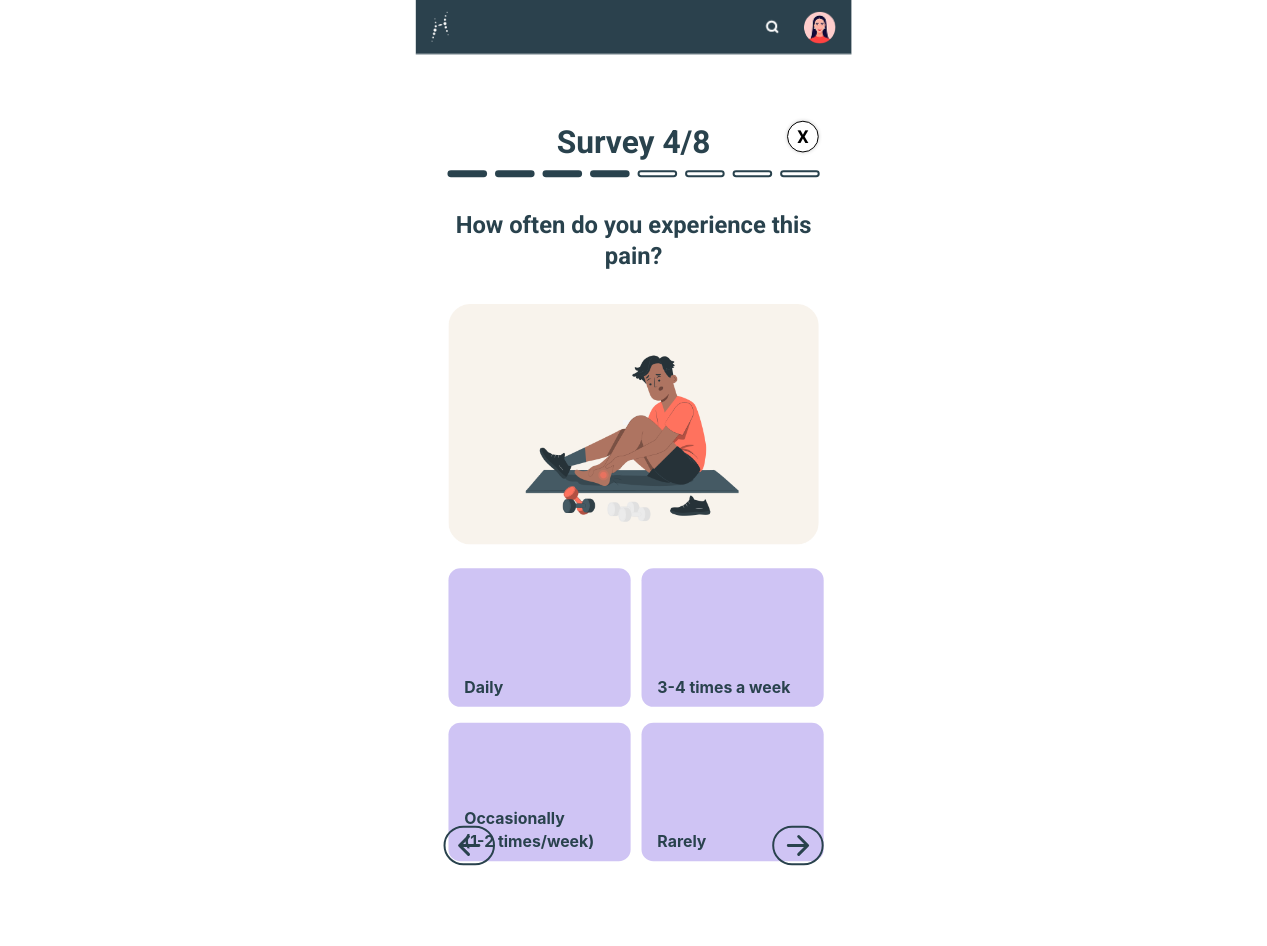
Repository: patcha-d3/heal_u
Page: /onboarding/step-two
The author's editor kept a copy of each file at every save. The page is drawn from the files as they stood at one save, then again after the next save.
The browser window is 1280 px wide. The pictures show the whole page, at 99% of full size.
The project was rebuilt for these pictures with package versions that can differ from the ones it lists, and the page was loaded fresh each time. The framework's server and built-in components were replaced by stand-ins that run in the browser. Also part of the build but not shown: next.config.js, next.config.mjs, ui/Bottomnav/Bottomnav.module.css, ui/Bottomnav/Bottomnav.js, ui/SurveyProgress/Surveyprogress.css.

Above is the page before, as saved 2025-05-16 21:10:20.

### app/layout.js
"use client";

import { Geist, Geist_Mono } from "next/font/google";
import { Roboto } from "next/font/google";
import "./globals.css";
import { usePathname } from "next/navigation";
import { jsx as _jsxDEV } from "react/jsx-dev-runtime";
import { Fragment as _Fragment } from "react/jsx-runtime";
import { jsxs as _jsxsDEV } from "react/jsx-dev-runtime";
import TopNav from "@ui/Topnav/Topnav";
import Bottomnav from "@ui/Bottomnav/Bottomnav";
import { ThemeProvider, useTheme } from "@context/ThemeContext";

const geistSans = Geist({
	variable: "--font-geist-sans",
	subsets: ["latin"],
});

const geistMono = Geist_Mono({
	variable: "--font-geist-mono",
	subsets: ["latin"],
});

const roboto = Roboto({
	weight: ["300", "400", "500", "700"],
	subsets: ["latin"],
	display: "swap",
});

function ThemedContainer({ children }) {
	const { theme } = useTheme();
	const pathname = usePathname();
	const isHome = pathname === "/home";
	const isStepOne = pathname === "/onboarding/step-one";
	const isReDiagnoseFirst = pathname === "/re-diagnose";
	const bgColor =
		isHome || isStepOne || isReDiagnoseFirst
			? "#29424D"
			: theme === "dark"
			? "#29424D"
			: "#FFFFFF";
	return (
		<div className='min-h-screen w-full flex items-center justify-center'>
			<div
				className={`w-[440px] h-[956px] relative flex flex-col`}
				style={{ background: bgColor }}
			>
				{children}
			</div>
		</div>
	);
}

export default function RootLayout({ children }) {
	const pathname = usePathname();
	const isHome = pathname === "/home";
	const hideNav = pathname.startsWith("/plandetail");
	const showBottomNav =
		!pathname?.includes("/onboarding") &&
		!pathname?.startsWith("/recovery-plan/step-one") &&
		!pathname?.startsWith("/recovery-plan/step-two") &&
		!pathname?.startsWith("/recovery-plan/step-three") &&
		!pathname?.startsWith("/recovery-plan/step-four");
	const isStepOne = pathname?.includes("/onboarding/step-one");
	const isStepTwo = pathname?.includes("/onboarding/step-two");
	const isRecoveryStepOne = pathname?.includes("/recovery-plan/step-one");
	const isRecoveryStepTwo = pathname?.includes("/recovery-plan/step-two");
	const isStepThree = pathname?.includes("/onboarding/step-three");
	const isStepFour = pathname?.includes("/onboarding/step-four");
	const isReDiagnoseFirst = pathname === "/re-diagnose";

	return (
		<html lang='en'>
			<body
				className={`${geistSans.variable} ${geistMono.variable} ${roboto.className} antialiased`}
				suppressHydrationWarning
			>
				<ThemeProvider>
					<ThemedContainer>
						{!hideNav && (
							<TopNav
								isHome={isHome}
							/>
						)}
						<main className='flex-1 overflow-y-auto flex items-center justify-center'>
							{children}
						</main>
						{showBottomNav && (
							<div className='absolute bottom-0 left-0 right-0'>
								<Bottomnav />
							</div>
						)}
					</ThemedContainer>
				</ThemeProvider>
			</body>
		</html>
	);
}

### app/onboarding/step-two/page.js
"use client";

import React, { useState } from "react";
import ButtonSurvey from "@ui/Button-survey/Button-survey";
import Image from "next/image";
import ExitChip from "@ui/Exitchip/Exitchip";
import SurveyProgress from "@ui/SurveyProgress/SurveyProgress";
import ButtonBack from "@ui/Button-back/Button-back";
import ButtonForward from "@ui/Button-forward/Button-forward";
import { useRouter } from "next/navigation";

export default function RootPage() {
	const [selected, setSelected] = useState(null);
	const currentStep = 4;
	const totalSteps = 8;
	const router = useRouter();

	return (
		<div className='w-[406px] h-[800px] relative'>
			<ExitChip className='absolute top-[16px] right-[16px]' />
			<div className='absolute bottom-[32px] left-0 right-0 flex justify-between px-[11px]'>
				<ButtonBack
					onClick={() =>
						router.push(
							"/onboarding/step-one"
						)
					}
				/>
				<ButtonForward
					onClick={() =>
						router.push(
							"/onboarding/step-four"
						)
					}
				/>
			</div>
			<main className='h-full flex flex-col px-4 py-[18px]'>
				<SurveyProgress
					currentStep={currentStep}
					totalSteps={totalSteps}
				/>
				<h2 className='text-2xl font-semibold text-[#29424D] text-center gap-6 mt-8'>
					How often do you experience this pain?
				</h2>

				{/* Image and Button Wrapper */}
				<div className='flex flex-col items-center gap-6 mt-8'>
					<Image
						src='/assets/survey-img.png'
						alt='Survey'
						width={400}
						height={260}
						className='rounded-lg'
					/>

					<div className='grid grid-cols-2 gap-4'>
						<ButtonSurvey
							label='Daily'
							active={
								selected ===
								"Daily"
							}
							onClick={() =>
								setSelected(
									"Daily"
								)
							}
						/>
						<ButtonSurvey
							label='3-4 times a week'
							active={
								selected ===
								"3-4 times a week"
							}
							onClick={() =>
								setSelected(
									"3-4 times a week"
								)
							}
						/>
						<ButtonSurvey
							label={
								<>
									Occasionally
									<br />
									(1-2
									times/week)
								</>
							}
							active={
								selected ===
								"Occasionally (1-2 times/week)"
							}
							onClick={() =>
								setSelected(
									"Occasionally (1-2 times/week)"
								)
							}
						/>
						<ButtonSurvey
							label='Rarely'
							active={
								selected ===
								"Rarely"
							}
							onClick={() =>
								setSelected(
									"Rarely"
								)
							}
						/>
					</div>
				</div>
			</main>
		</div>
	);
}

### ui/Topnav/Topnav.js
"use client";

import React, { useState } from "react";
import styles from "./TopNav.module.css";

export default function TopNav() {
	const [showSearch, setShowSearch] = useState(false);
	const [hasNotification, setHasNotification] = useState(false);

	return (
		<header
			className={styles.topBar}
			style={{
				borderBottom:
					"1px solid rgba(255, 255, 255, 0.5)",
			}}
		>
			<a href='/' className={styles.logoContainer}>
				<img
					src='/assets/logo.png'
					alt='Logo'
					className={styles.logoImg}
				/>
			</a>

			<div className={styles.iconContainer}>
				<div className={styles.searchWrapper}>
					{showSearch && (
						<div
							className={
								styles.searchBox
							}
						>
							<input
								type='text'
								className={
									styles.searchInput
								}
								placeholder='Search...'
								autoFocus
							/>
						</div>
					)}
					<img
						src='/assets/search.png'
						alt='Search'
						className={`${styles.iconImg} ${
							showSearch
								? styles.dark
								: ""
						}`}
						onClick={() =>
							setShowSearch(
								!showSearch
							)
						}
					/>
				</div>

				<div className={styles.avatarContainer}>
					<img
						src={
							hasNotification
								? "/assets/avatar-notification.png"
								: "/assets/avatar.png"
						}
						alt='Avatar'
						className={styles.avatarImg}
					/>
				</div>
			</div>
		</header>
	);
}

### context/ThemeContext.js
"use client";
import React, { createContext, useContext, useState, useEffect } from "react";

const ThemeContext = createContext();

export function ThemeProvider({ children }) {
	const [theme, setTheme] = useState("light");

	useEffect(() => {
		const stored =
			typeof window !== "undefined" &&
			localStorage.getItem("theme");
		if (stored) setTheme(stored);
	}, []);

	useEffect(() => {
		if (typeof window !== "undefined") {
			localStorage.setItem("theme", theme);
		}
	}, [theme]);

	return (
		<ThemeContext.Provider value={{ theme, setTheme }}>
			{children}
		</ThemeContext.Provider>
	);
}

export function useTheme() {
	return useContext(ThemeContext);
}

### ui/Button-survey/Button-survey.js
import React from 'react';
import styles from './Button-survey.module.css';


const ButtonSurvey = ({ label, active, onClick }) => (
  <button
    className={`${styles.surveyButton}${active ? ' ' + styles.active : ''}`}
    onClick={onClick}
  >
    {label}
  </button>
);

export default ButtonSurvey;

### ui/Exitchip/Exitchip.js
import styles from "./Exitchip.module.css";

export default function ExitChip({ className }) {
	return (
		<button className={`${styles.button} ${className || ""}`}>
			X
		</button>
	);
}

### ui/SurveyProgress/SurveyProgress.js
"use client";

import React from "react";
import "./SurveyProgress.css";

const SurveyProgress = ({ currentStep, totalSteps }) => {
	return (
		<div className='flex flex-col items-center gap-2'>
			<div className='text-[32px] leading-[40px] font-roboto font-bold text-[#29424D]'>
				Survey {currentStep}/{totalSteps}
			</div>
			<div className='flex gap-2'>
				{Array.from({ length: totalSteps }).map(
					(_, index) => (
						<div
							key={index}
							className={`w-10 h-[7px] rounded-lg ${
								index <
								currentStep
									? "bg-[#29424D]"
									: "border-2 border-[#29424D]"
							}`}
						/>
					)
				)}
			</div>
		</div>
	);
};

export default SurveyProgress;

### ui/Button-back/Button-back.js
"use client";

import React from "react";
import { IoArrowBack } from "react-icons/io5";
import styles from "./Button-back.module.css";

export default function ButtonBack({ onClick, className = "" }) {
	return (
		<button
			className={`${styles.backButton} ${className}`}
			onClick={onClick}
			aria-label='Go back'
			type='button'
		>
			<IoArrowBack className={styles.arrowIcon} />
		</button>
	);
}

### ui/Button-forward/Button-forward.js
"use client";

import React from "react";
import { IoArrowForward } from "react-icons/io5";
import styles from "./Button-forward.module.css";

export default function ButtonForward({ onClick, className = "" }) {
	return (
		<button
			className={`${styles.forwardButton} ${className}`}
			onClick={onClick}
			aria-label='Go forward'
			type='button'
		>
			<IoArrowForward className={styles.arrowIcon} />
		</button>
	);
}

### ui/Topnav/Topnav.module.css
.topBar {
	width: 440px;
	height: 55px;
	background-color: #2b414d;
	display: flex;
	align-items: center;
	justify-content: space-between;
	padding: 0 16px;
	margin: 0 auto;
	box-sizing: border-box;
	border-bottom: 1px solid #ffffff;
}

.logoImg {
	height: 30.56px;
	cursor: pointer;
}

.iconContainer {
	display: flex;
	align-items: center;
	gap: 16px;
}

.searchWrapper {
	display: flex;
	align-items: center;
	gap: 8px;
	position: relative;
}

.searchBox {
	background-color: white;
	width: 226px;
	height: 32px;
	border-radius: 24px;
	display: flex;
	align-items: center;
	padding: 0 5px;
	gap: 8px;
	transition: all 0.3s ease;
}

.searchInput {
	flex: 1;
	border: none;
	outline: none;
	font-size: 16px;
	background-color: transparent;
}

.iconImg {
	width: 32px;
	height: 32px;
	cursor: pointer;
	filter: brightness(200);
	transition: filter 0.3s ease;
}

.iconImg.dark {
	filter: brightness(0);
}

.avatarContainer {
	width: 32px;
	height: 34px;
	border-radius: 50%;
	overflow: hidden;
}

.avatarImg {
	width: 100%;
	height: 100%;
	object-fit: cover;
}

### ui/Button-survey/Button-survey.module.css
.surveyButton {
    background-color: #CFC4F4;
    color: #29424D;
    font-family: 'Inter', sans-serif;
    font-weight: bold;
    font-size: 16px;
    padding: 8px 16px;
    border: none;
    border-radius: 12px;
    cursor: pointer;
    transition: background-color 0.3s, color 0.3s;
    width: 184px;
    height: 140px;
    display: flex;
    align-items: flex-end;
    justify-content: flex-start;
    text-align: left;
}

.surveyButton.active {
    background-color: #29424D;
    color: #CFC4F4;
}

### ui/Exitchip/Exitchip.module.css
.button {
    background-color: white;
    color: black;
    border: 1px solid black;
    border-radius: 50%;
    width: 32px;
    height: 32px;
    font-size: 18px;
    font-weight: bold;
    text-align: center;
    cursor: pointer;
    box-shadow: 0 0 4px rgba(0,0,0,0.2);
    transition: all 0.2s ease-in-out;
    line-height: 28px;
    padding: 0;
  }

  .button:hover {
    background-color: #f0f0f0;
    border-color: black;
  }

### ui/Button-back/Button-back.module.css
.backButton {
	background: none;
	border: 2px solid #29424d;
	border-radius: 24px;
	padding: 0;
	cursor: pointer;
	outline: none;
	display: flex;
	align-items: center;
	justify-content: center;
	width: 52px;
	height: 40px;
}

.arrowIcon {
	width: 32px;
	height: 32px;
	color: #29424d;
	transition: transform 0.2s ease;
}

.backButton:hover .arrowIcon {
	transform: translateX(-4px);
}

### ui/Button-forward/Button-forward.module.css
.forwardButton {
	background: none;
	border: 2px solid #29424d;
	border-radius: 24px;
	padding: 0;
	cursor: pointer;
	outline: none;
	display: flex;
	align-items: center;
	justify-content: center;
	width: 52px;
	height: 40px;
}

.arrowIcon {
	width: 32px;
	height: 32px;
	color: #29424d;
	transition: transform 0.2s ease;
}

.forwardButton:hover .arrowIcon {
	transform: translateX(4px);
}

Loaded but not shown: app/globals.css (common file)

After the next save:
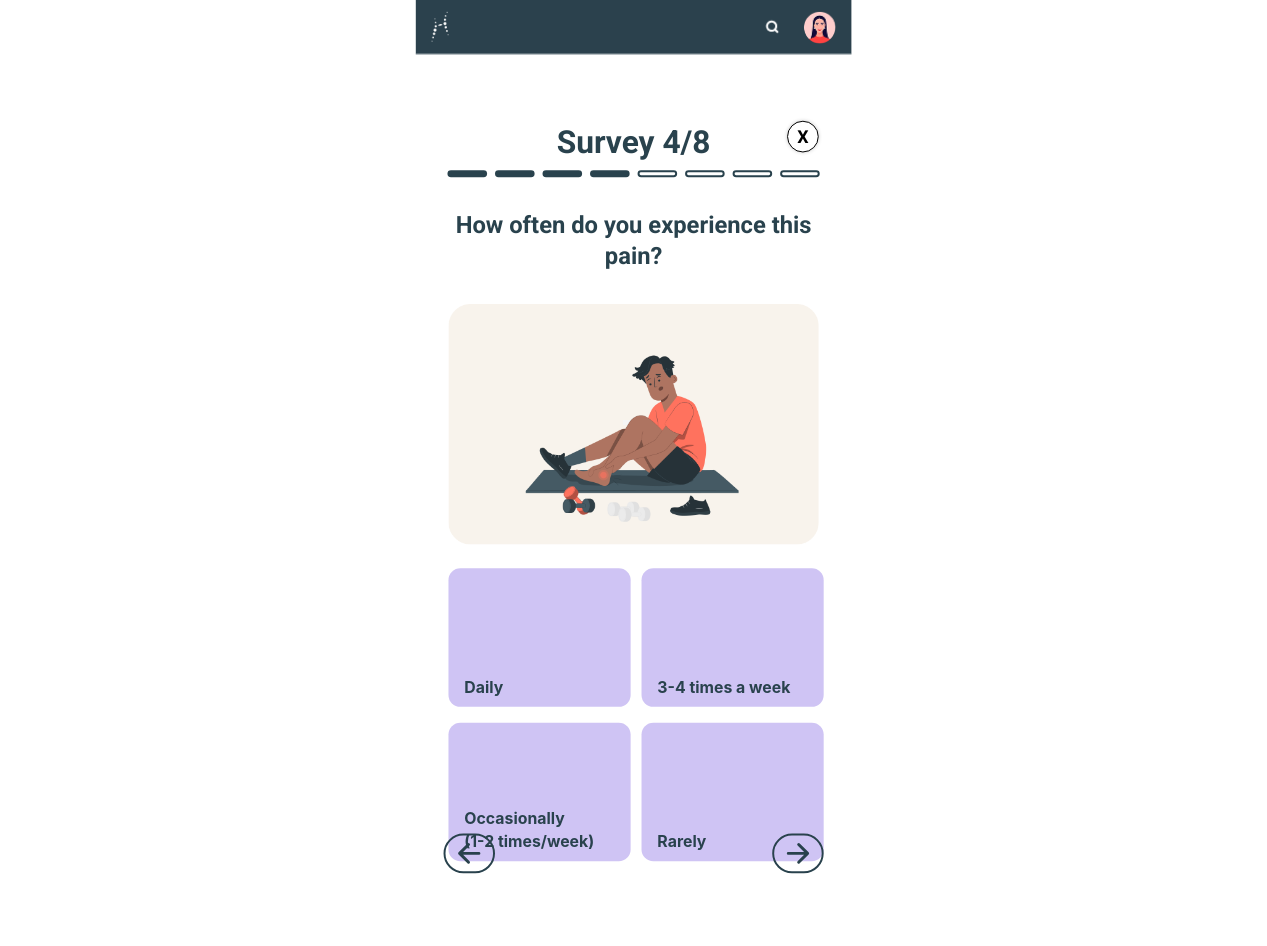
Saved 9 s later.
--- a/app/onboarding/step-two/page.js
+++ b/app/onboarding/step-two/page.js
@@ -18,7 +18,7 @@ export default function RootPage() {
 	return (
 		<div className='w-[406px] h-[800px] relative'>
 			<ExitChip className='absolute top-[16px] right-[16px]' />
-			<div className='absolute bottom-[32px] left-0 right-0 flex justify-between px-[11px]'>
+			<div className='absolute bottom-[24px] left-0 right-0 flex justify-between px-[11px]'>
 				<ButtonBack
 					onClick={() =>
 						router.push(
